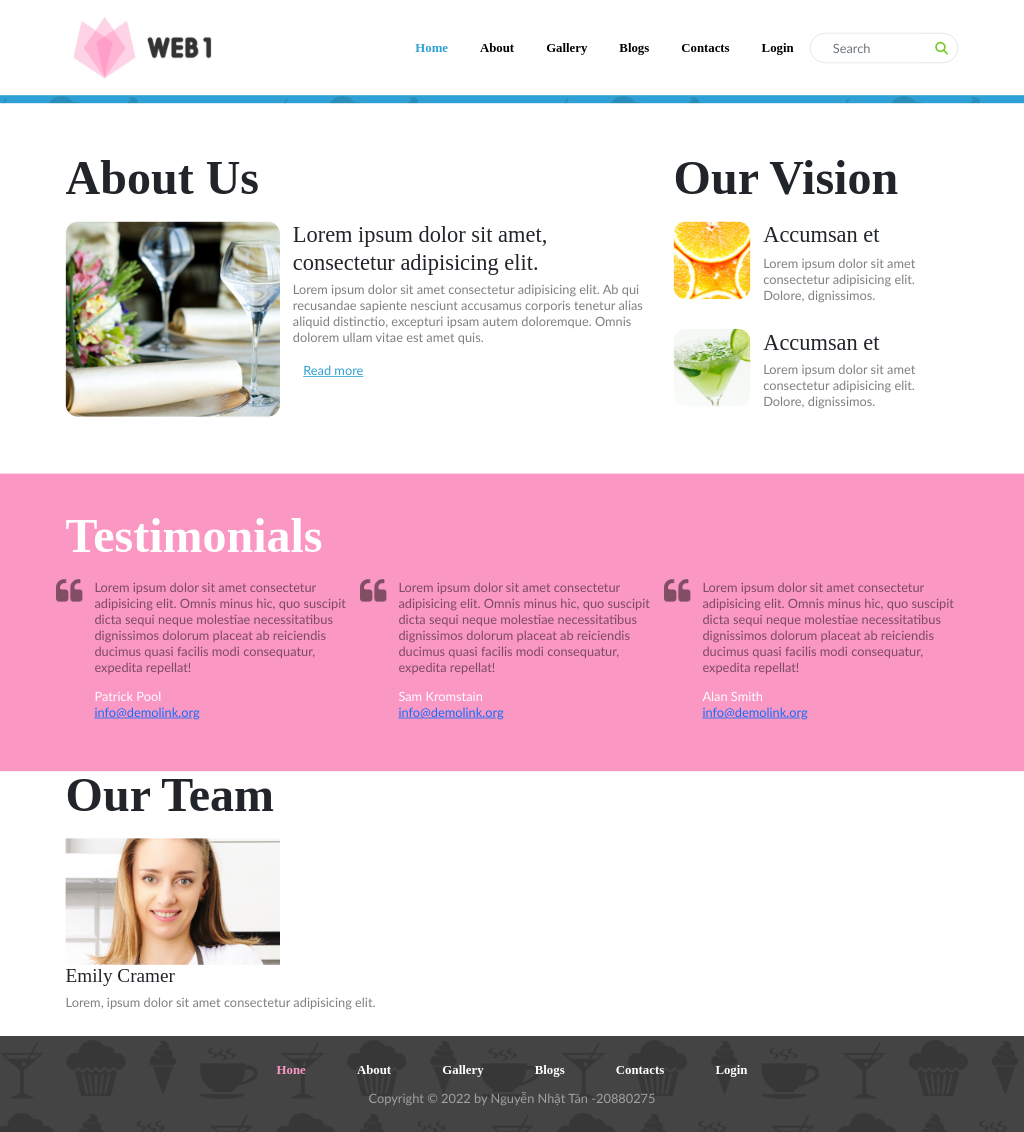
Repository: carembanhkem/web1-20880275
Page: about.html
These files come from the project's save history. The page is drawn as it stood at one moment and after a run of saves; the edit follows.
The browser window is 1280 px wide. The pictures show the whole page, at 80% of full size.
Some web fonts or font styles are not loaded; a fallback is used. Some web libraries are served in a nearby version.

Above is the page before, as saved 2023-02-06 11:37:56.
Console error: ReferenceError: bootstrap is not defined

### about.html
<!doctype html>
<html lang="en">

<head>
    <title>20880275 - Web1 Project</title>
    <!-- Required meta tags -->
    <meta charset="utf-8">
    <meta name="viewport" content="width=device-width, initial-scale=1, shrink-to-fit=no">
    <!-- Favicon-->
    <link rel="shortcut icon" href="images/favicon.ico" type="image/x-icon">
    <!-- FontAweSome-->
    <script src="https://kit.fontawesome.com/ee054dad92.js" crossorigin="anonymous"></script>
    <!-- Google Fonts -->
    <link rel="preconnect" href="https://fonts.googleapis.com">
    <link rel="preconnect" href="https://fonts.gstatic.com" crossorigin>
    <link href="https://fonts.googleapis.com/css2?family=Changa+One&display=swap" rel="stylesheet">
    <!-- Bootstrap CSS v5.2.1 -->
    <link href="https://cdn.jsdelivr.net/npm/bootstrap@5.2.1/dist/css/bootstrap.min.css" rel="stylesheet"
        integrity="sha384-iYQeCzEYFbKjA/T2uDLTpkwGzCiq6soy8tYaI1GyVh/UjpbCx/TYkiZhlZB6+fzT" crossorigin="anonymous">
    <link rel="stylesheet" href="css/20880275.css">
</head>

<body>
    <header class="container">
        <nav class="navbar navbar-expand-sm navbar-light">
            <a class="navbar-brand" href="#">
                <img src="images/logo.png" alt="Web1 Logo">
            </a>
            <button class="navbar-toggler d-lg-none" type="button" data-bs-toggle="collapse" data-bs-target="#menu-header" aria-controls="menu-header"
                aria-expanded="false" aria-label="Toggle navigation"></button>
            <div class="collapse navbar-collapse" id="menu-header">
                <ul class="navbar-nav ms-auto mt-2 mt-lg-0">
                    <li class="nav-item">
                        <a class="nav-link active" href="index.html" aria-current="page">Home <span class="visually-hidden">(current)</span></a>
                    </li>
                    <li class="nav-item">
                        <a class="nav-link" href="about.html">About</a>
                    </li>
                    <li class="nav-item">
                        <a class="nav-link" href="gallery.html">Gallery</a>
                    </li>
                    <li class="nav-item">
                        <a class="nav-link" href="blogs.html">Blogs</a>
                    </li>
                    <li class="nav-item">
                        <a class="nav-link" href="contact.html">Contacts</a>
                    </li>
                    <li class="nav-item">
                        <a class="nav-link" href="#" data-bs-toggle="modal" data-bs-target="#modalLogin">Login</a>
                    </li>
                </ul>
                <form class="d-flex my-2 my-lg-0 border rounded-pill" id="formSearch">
                    <input class="form-control border-0 ms-3" type="text" placeholder="Search">
                    <button class="btn my-2 my-sm-0 border-0" type="submit"><i class="fa-solid fa-magnifying-glass"></i></button>
                </form>
            </div>
        </nav>
    </header>

    <section id="banner-small">

    </section>

    <section class="container py-5">
        <div class="row">
            <div class="col-md-8">
                <h1 class="py-3">About Us</h1>
                <div>
                    <img src="images/about-1.jpg" alt="About us" class="float-start rounded-4 me-3">
                    <h3>Lorem ipsum dolor sit amet, consectetur adipisicing elit.</h3>
                    <p class="text-black-50">Lorem ipsum dolor sit amet consectetur adipisicing elit. Ab qui recusandae sapiente nesciunt accusamus corporis tenetur alias aliquid distinctio, excepturi ipsam autem doloremque. Omnis dolorem ullam vitae est amet quis.</p>
                    <a href="#" class="btn btn-link readmore">Read more</a>
                </div>
            </div>
            <div class="col-md-4 col-sm-12">
                <h1 class="py-3">Our Vision</h1>
                <div class="clearfix mb-3">
                    <img src="images/vision/vision-1.jpg" alt="vision1" class="float-start me-3 rounded-4">
                    <h3>Accumsan et</h3>
                    <p class="text-black-50">Lorem ipsum dolor sit amet consectetur adipisicing elit. Dolore, dignissimos.</p>
                </div>
                <div class="clearfix mb-3">
                    <img src="images/vision/vision-2.jpg" alt="vision1" class="float-start me-3 rounded-4">
                    <h3>Accumsan et</h3>
                    <p class="text-black-50">Lorem ipsum dolor sit amet consectetur adipisicing elit. Dolore, dignissimos.</p>
                </div>
            </div>
        </div>
    </section>
    <!-- Testimonials-->
    <section class="container-fluid py-5" id="testimonials">
        <div class="container">
            <h1 class="text-white">Testimonials</h1>
            <div class="row py-3">
                <div class="col">
                    <p class="text-black-50">Lorem ipsum dolor sit amet consectetur adipisicing elit. Omnis minus hic, quo suscipit dicta sequi neque molestiae necessitatibus dignissimos dolorum placeat ab reiciendis ducimus quasi facilis modi consequatur, expedita repellat!</p>
                    <span class="text-white">Patrick Pool</span><br>
                    <a href="#">info@demolink.org</a>
                </div>
                <div class="col">
                    <p class="text-black-50">Lorem ipsum dolor sit amet consectetur adipisicing elit. Omnis minus hic, quo suscipit dicta sequi neque molestiae necessitatibus dignissimos dolorum placeat ab reiciendis ducimus quasi facilis modi consequatur, expedita repellat!</p>
                    <span class="text-white">Sam Kromstain</span><br>
                    <a href="#">info@demolink.org</a>
                </div>
                <div class="col">
                    <p class="text-black-50">Lorem ipsum dolor sit amet consectetur adipisicing elit. Omnis minus hic, quo suscipit dicta sequi neque molestiae necessitatibus dignissimos dolorum placeat ab reiciendis ducimus quasi facilis modi consequatur, expedita repellat!</p>
                    <span class="text-white">Alan Smith</span><br>
                    <a href="#">info@demolink.org</a>
                </div>
            </div>
        </div>
    </section>

    <!-- Our Team-->
    <section id="our-team" class="container">
        <div class="row">
            <h1>Our Team</h1>
            <div class="row py-3">
                <div class="col">
                    <img src="images/our-team/team-1.jpg" alt="team-1">
                    <h4>Emily Cramer</h4>
                    <p class="text-black-50">Lorem, ipsum dolor sit amet consectetur adipisicing elit.</p>
                </div>
            </div>
        </div>
    </section>
    <!-- Footer -->
    <footer class="text-center container-fluid text-white py-3">
        <ul class="nav justify-content-center py-3" id="menu-footer">
            <li class="nav-item">
                <a class="nav-link active" href="#" aria-current="page">Hone</a>
            </li>
            <li class="nav-item">
                <a class="nav-link" href="about.html">About</a>
            </li>
            <li class="nav-item">
                <a class="nav-link" href="gallery.html">Gallery</a>
            </li>
            <li class="nav-item">
                <a class="nav-link" href="blogs.html">Blogs</a>
            </li>
            <li class="nav-item">
                <a class="nav-link" href="contact.html">Contacts</a>
            </li>
            <li class="nav-item">
                <a class="nav-link" href="#" data-bs-toggle="modal" data-bs-target="#modalLogin">Login</a>
            </li>
        </ul>
        <p class="text-white-50">Copyright &copy; 2022 by  Nguyễn Nhật Tân -20880275</p>
    </footer>

    <!-- Modal Body -->
    <!-- if you want to close by clicking outside the modal, delete the last endpoint:data-bs-backdrop and data-bs-keyboard -->
    <div class="modal fade" id="modalLogin" tabindex="-1" data-bs-backdrop="static" data-bs-keyboard="false" role="dialog" aria-labelledby="modalTitleId" aria-hidden="true">
        <div class="modal-dialog modal-dialog-scrollable modal-dialog-centered modal-sm" role="document">
            <div class="modal-content">
                <div class="modal-header">
                    <button type="button" class="btn-close" data-bs-dismiss="modal" aria-label="Close"></button>
                </div>
                <div class="modal-body">
                    <form action="#" method="post" id="formLogin">
                        <h3 class="text-center">Login Form</h3>
                        <div class="mb-3">
                            <input type="text" name="username" id="username" placeholder="Username" class="form-control">
                        </div>
                        <div class="mb-3">
                            <input type="password" name="password" id="password" placeholder="Password" class="form-control">
                        </div>
                        <button type="submit" class="form-control btn">Login</button>
                    </form>
                </div>
                <div class="modal-footer">

                </div>
            </div>
        </div>
    </div>


    <!-- Optional: Place to the bottom of scripts -->
    <script>
        const myModal = new bootstrap.Modal(document.getElementById('modalLogin'), options)

    </script>

    <!-- Boostrap JavaScript Libraries -->
    <script src="https://cdn.jsdelivr.net/npm/@popperjs/core@2.11.6/dist/umd/popper.min.js"
        integrity="sha384-oBqDVmMz9ATKxIep9tiCxS/Z9fNfEXiDAYTujMAeBAsjFuCZSmKbSSUnQlmh/jp3" crossorigin="anonymous">
    </script>

    <script src="https://cdn.jsdelivr.net/npm/bootstrap@5.2.1/dist/js/bootstrap.min.js"
        integrity="sha384-7VPbUDkoPSGFnVtYi0QogXtr74QeVeeIs99Qfg5YCF+TidwNdjvaKZX19NZ/e6oz" crossorigin="anonymous">
    </script>
</body>

</html>

### css/20880275.css
:root {
    --web1-pink: #FA97C2;
    --web1-blue: #2FA0D5;
    --web1-green: #73C926;
}

body {
    font-family: 'Trebuchet MS', Arial, Helvetica, sans-serif;
    font-size: 16px;
    line-height: 20px;
}

h1, h2, h3, h4 {
    font-family: 'Changa One', cursive;
    font-weight: 400;
}

h1 {
    font-size: 60px;
    line-height: 60px;
    font-weight: 900;
}

/* Header */
#menu-header a {
    display: block;
    padding: 0 1.25rem;
    font-weight: bold;
    color: black;
    font-family: 'Changa One', cursive;
}
#menu-header a.active {
    color: var(--web1-blue);
}

#formSearch input {
    width: 8rem;
}

#formSearch i {
    color: var(--web1-green);
}

/* Banner */
#banner {
    background-image: url('../images/bg-banner.gif');
}

#banner > div {
    background: url('../images/logo_bg.png') left top no-repeat, url('../images/search_bg.png') right top no-repeat;
    padding: 5rem 0  3rem 0;
}

#banner a {
    background-color: var(--web1-pink);
    font-family: 'Changa One', cursive;
    font-size: 2rem;
}

#banner .carousel-item {
    min-height: 15rem; /*Do chieu cao khong co dinh nen minheight bang cai lon nhat de ko bi xe dich*/
}

#banner .carousel-indicators li {
    width: 1.2rem;
    height: 1.2rem;
    border-radius: 1.2rem; /* de no thanh hinh tron*/
    border: none; /* de no thanh hinh tron vi width = height = border radius*/
    margin: 0 0.25rem;
    position: relative;
}

#banner .carousel-indicators li span {
    position: absolute;
    top: 0.3rem;
    left: 0.3rem;
    width: 0.6rem;
    height: 0.6rem;
    border-radius: 0.6rem;
    border: none;
    text-align:left;
    text-indent: -9999px;
}

#banner .carousel-indicators li.active span{
    background-color: var(--web1-green);
}

/* banner small */
#banner-small {
    background-image: url(../images/bg-banner.gif);
    padding: 5px;
}

/* products */
.readmore {
    color: var(--web1-blue);
    margin-top: -4px;
}

.web1-text-blue {
    color: var(--web1-blue);
}

/* about us */
#aboutus {
    background-color: var(--web1-pink);
}
/* Testimonials */
#testimonials {
    background-color: var(--web1-pink);
}
#testimonials .col {
    background: url("../images/quot.png") left top no-repeat;
    padding-left: 3rem;
}

#formSignUp {
    border-style: dashed !important;
    border-color: rgba(0,0,0,0.5) !important;
}

/* news */
#news .date {
    background-color: var(--web1-green);
    width: 6rem;
    padding: 1.5rem;
}

/* Footer*/
footer {
    background-image: url('../images/bg-footer.gif');
}

#menu-footer a {
    color: white;
    font-weight: bold;
    font-family: 'Changa One', cursive;
    display: block;
    padding: 0 2rem;
}

#menu-footer a.active {
    color: var(--web1-pink);
}

/* Modal Login*/
#formLogin button[type="submit"]{
    background-color: var(--web1-blue);
    color: white;
}

After the next 5 saves:
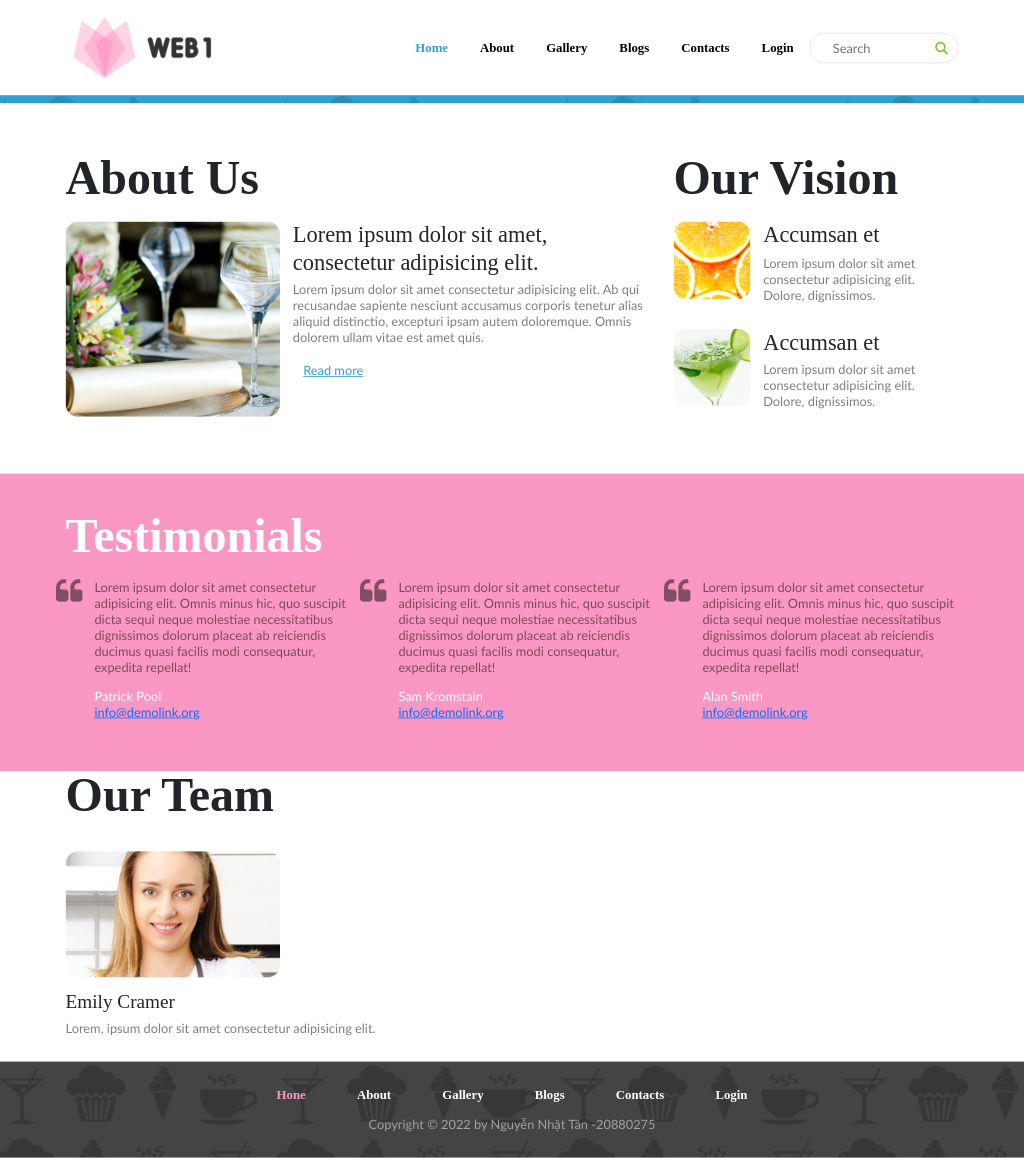
The 5 saves are shown as one change because they came seconds apart.
The last was saved 25 s later.
--- a/about.html
+++ b/about.html
@@ -117,7 +117,7 @@
             <h1>Our Team</h1>
             <div class="row py-3">
                 <div class="col">
-                    <img src="images/our-team/team-1.jpg" alt="team-1">
+                    <img src="images/our-team/team-1.jpg" alt="team-1" class="rounded-4 my-3">
                     <h4>Emily Cramer</h4>
                     <p class="text-black-50">Lorem, ipsum dolor sit amet consectetur adipisicing elit.</p>
                 </div>
